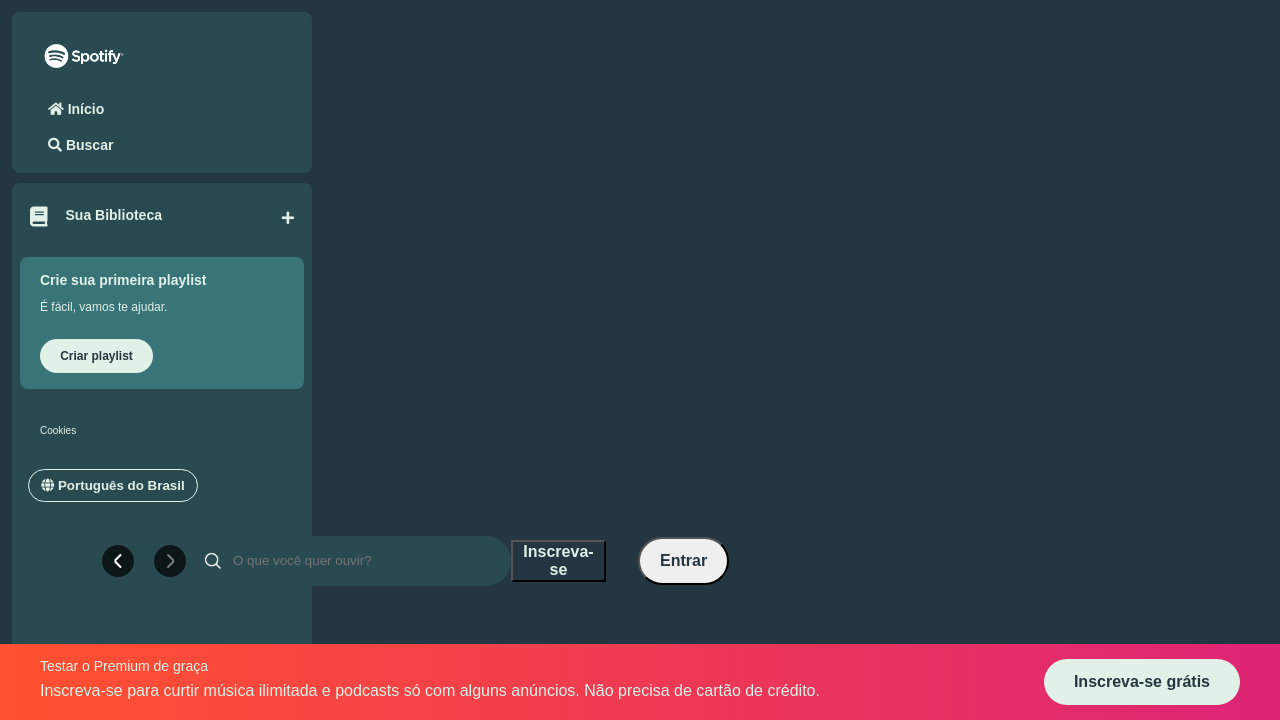
Repository: rafaazevedo-gs/Imers-o-Alura-Front-end
Page: index.html
An editor plug-in stored every save of this project. The page is shown before and after the next save, followed by the edit.
The browser window is 1280 px wide. The pictures show the whole page.

Above is the page before, as saved 2025-01-30 18:21:07.

After the next save:
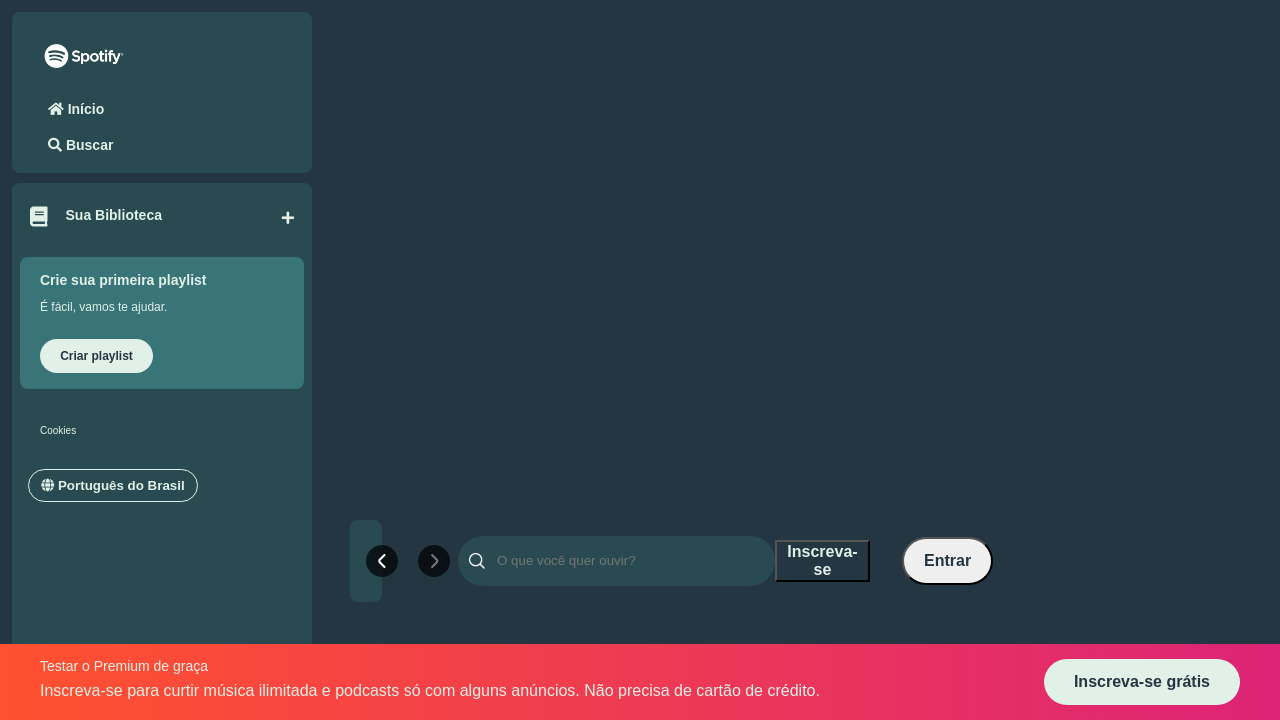
Saved 2 min 15 s later.
--- a/src/styles/main-content.css
+++ b/src/styles/main-content.css
@@ -3,7 +3,8 @@
 .main-container {
     max-width: 80vw;
     height: 100vh;
-    margin-left: 56px;
+    margin-left: 320px;
+    margin-right: 56px;
 }
 
 .header__navigation {
